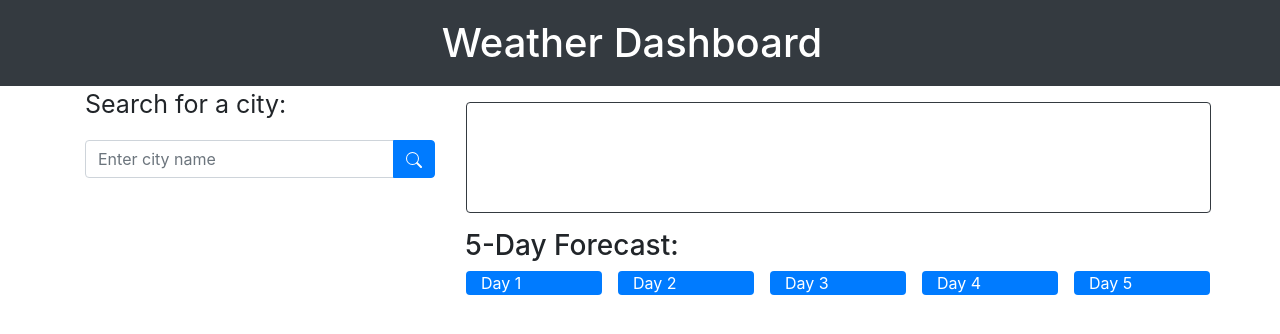
Repository: himaja830/Weather-Dashboard
Page: index.html
The author's editor kept a copy of each file at every save. The page is drawn from the files as they stood at one save, then again after the next save.
The browser window is 1280 px wide. The pictures show the whole page.
Some web libraries are served in a nearby version.

Above is the page before, as saved 2020-06-29 18:38:30.

After the next save:
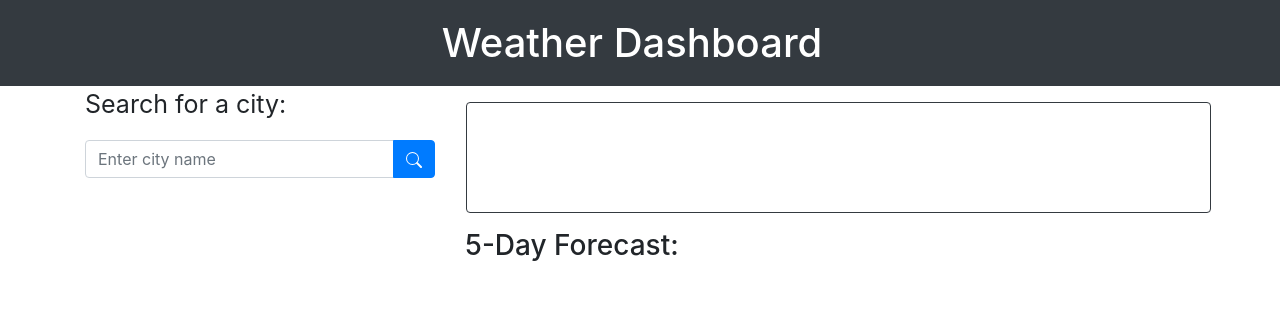
Saved 5 min 12 s later.
--- a/index.html
+++ b/index.html
@@ -73,11 +73,11 @@
                     </div>
                 </div>
                 <div class="row">
-                    <div class="col forecast bg-primary text-white ml-3 mb-3 rounded" id="#day2"> Day 1</div>
-                    <div class="col forecast bg-primary text-white ml-3 mb-3 rounded" id="#day3">Day 2</div>
-                    <div class="col forecast bg-primary text-white ml-3 mb-3 rounded" id="#day4">Day 3</div>
-                    <div class="col forecast bg-primary text-white ml-3 mb-3 rounded"id="#day5">Day 4</div>
-                    <div class="col forecast bg-primary text-white ml-3 mb-3 rounded" id="#day6">Day 5</div>
+                    <div class="col forecast bg-primary text-white ml-3 mb-3 rounded" id="#day2"></div>
+                    <div class="col forecast bg-primary text-white ml-3 mb-3 rounded" id="#day3"></div>
+                    <div class="col forecast bg-primary text-white ml-3 mb-3 rounded" id="#day4"></div>
+                    <div class="col forecast bg-primary text-white ml-3 mb-3 rounded"id="#day5"></div>
+                    <div class="col forecast bg-primary text-white ml-3 mb-3 rounded" id="#day6"></div>
                 </div>
             </div>
         </div>
